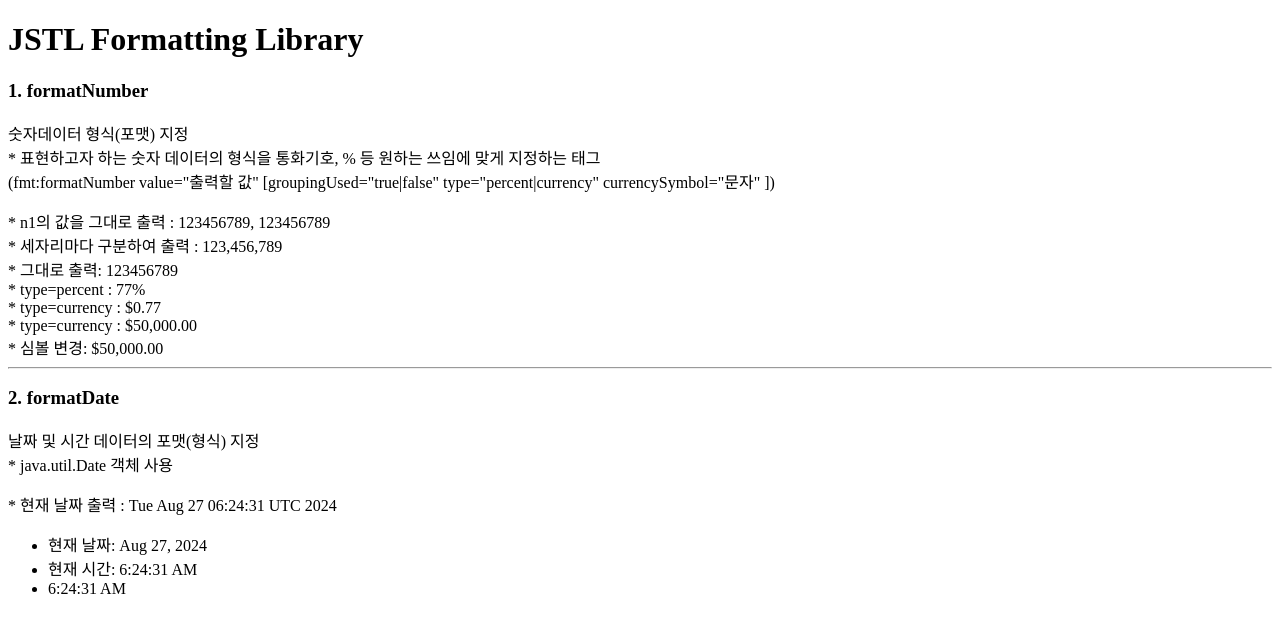
Repository: Developer-Choi-Jae-Young/ServletPractice
Page: http://localhost/3_elAction/views/3_Custom_Action/02_fmt.jsp
These files come from the project's save history. The page is drawn as it stood at one moment and after the next save; the edit follows.
The browser window is 1280 px wide. The pictures show the whole page.
The page is served by Tomcat 9. Other server files are loaded and not shown.

Above is the page before, as saved 2024-08-28 01:45:08.

### 3_elAction/src/main/webapp/views/3_Custom_Action/02_fmt.jsp
<%@page import="java.util.Date"%>
<%@ page language="java" contentType="text/html; charset=UTF-8"
    pageEncoding="UTF-8"%>
<%@ taglib prefix="c" uri="http://java.sun.com/jsp/jstl/core" %>
<%@ taglib prefix="fmt" uri="http://java.sun.com/jsp/jstl/fmt" %>
<!DOCTYPE html>
<html>
<head>
<meta charset="UTF-8">
<title>JSTL - fmt</title>
</head>
<body>
	<h1>JSTL Formatting Library</h1>

	<h3>1. formatNumber</h3>
	<p>
		숫자데이터 형식(포맷) 지정 <br>
		* 표현하고자 하는 숫자 데이터의 형식을 통화기호, % 등 원하는 쓰임에 맞게 지정하는 태그 <br>

		(fmt:formatNumber value="출력할 값" [groupingUsed="true|false"
											type="percent|currency"
											currencySymbol="문자"
										  ])
	</p>

	<%-- n1, n2, n3 변수에 각각 123456789, 0.77, 50000이라는 값을 저장 --%>
	<c:set var="n1" value="123456789"/>
	<c:set var="n2" value="0.77"/>
	<c:set var="n3" value="50000"/>

	* n1의 값을 그대로 출력 : <c:out value="${ n1 }"/>, ${ n1 } <br>
	* 세자리마다 구분하여 출력 : <fmt:formatNumber value="${ n1 }"/>
	<%-- groupingUsed 속성의 기본값: true --%> <br>
	* 그대로 출력: <fmt:formatNumber value="${ n1 }" groupingUsed="false"/> <br>

	* type=percent : <fmt:formatNumber value="${ n2 }" type="percent"/> <br>
	* type=currency : <fmt:formatNumber value="${ n2 }" type="currency"/> <br>

	* type=currency : <fmt:formatNumber value="${ n3 }" type="currency"/> <br>
	* 심볼 변경: <fmt:formatNumber value="${ n3 }" type="currency" currencySymbol="$"/> <br>

	<hr>

	<h3>2. formatDate</h3>
	<p>
	 	날짜 및 시간 데이터의 포맷(형식) 지정 <br>
	 	* java.util.Date 객체 사용
	</p>

	<%-- today라는 변수에 현재 날짜 데이터를 저장  --%>
	<c:set var="today" value="<%= new Date() %>"/>

	* 현재 날짜 출력 : ${ today } <br>
	<ul>
		<li>
			현재 날짜: <fmt:formatDate value="${ today }"/>
			<%-- type 속성 생략 시 날짜만 출력 --%>
		</li>
		<li>
			현재 시간: <fmt:formatDate value="${ today }" type="time"/>
		</li>
		<li>
			<fmt:formatDate value="${ today }" type="time"/>
		</li>
	</ul>
</body>
</html>

After the next save:
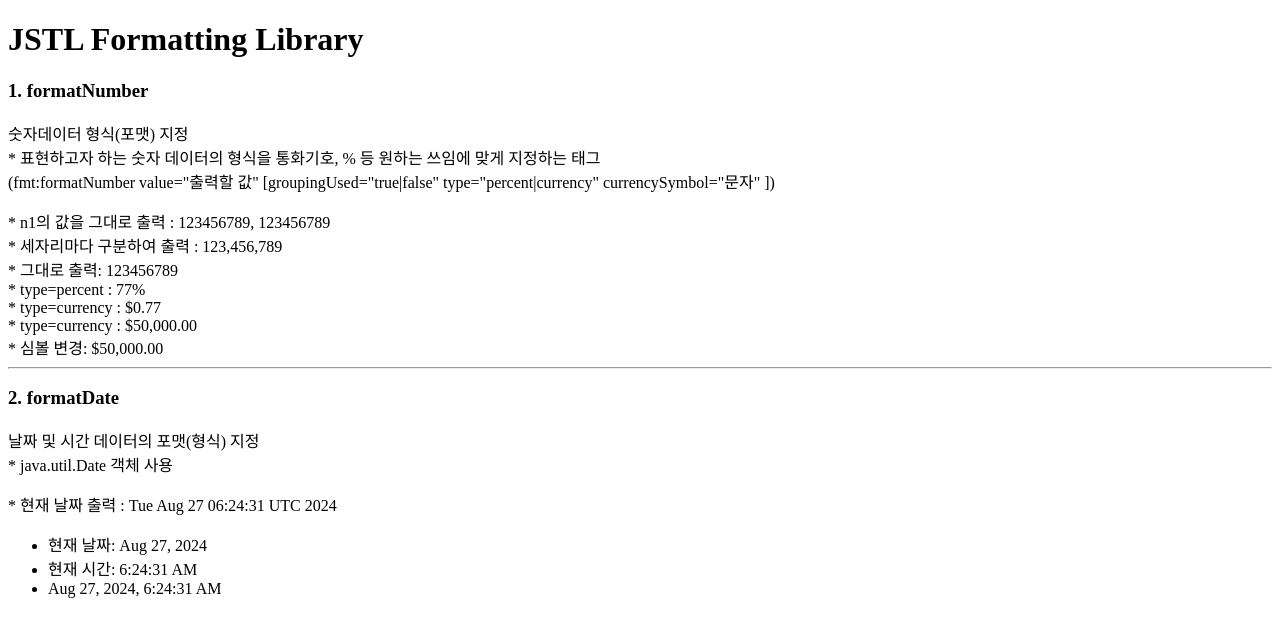
Saved 9 s later.
--- a/3_elAction/src/main/webapp/views/3_Custom_Action/02_fmt.jsp
+++ b/3_elAction/src/main/webapp/views/3_Custom_Action/02_fmt.jsp
@@ -60,7 +60,7 @@
 			현재 시간: <fmt:formatDate value="${ today }" type="time"/>
 		</li>
 		<li>
-			<fmt:formatDate value="${ today }" type="time"/>
+			<fmt:formatDate value="${ today }" type="both"/>
 		</li>
 	</ul>
 </body>
